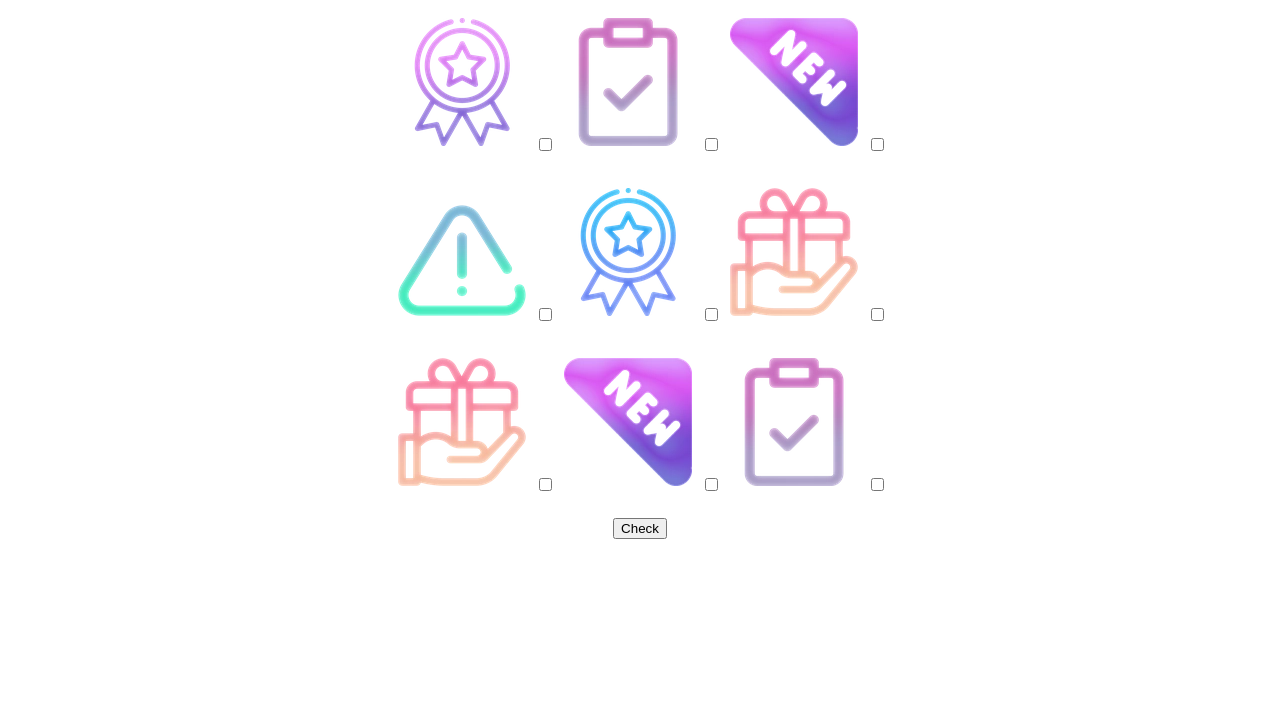
Repository: vichubenzene/-MWin_ui
Page: main.html
The author's editor kept a copy of each file at every save. The page is drawn from the files as they stood at one save, then again after the next save.
The browser window is 1280 px wide. The pictures show the whole page.

Above is the page before, as saved 2022-10-10 16:29:51.

### main.html
<!DOCTYPE html>
<html>

<head>
    <style>
        .column {
            float: center;
            padding: 5px;
            min-width: "22vh";
            min-height: "22vh";
        }
        /* Clear floats after image containers */

        .row::after {
            content: "";
            float: center;
            clear: both;
            display: table;
        }
    </style>
</head>

<body>
    <div class="row" style=" text-align: center">
        <div class="column" style=" text-align: center">

            <img src="images/834538140450160661.png" id="i1" alt="Snow" style="padding: 5px">
            <input type="checkbox" id="myCheckbox1" />
            <img src="images/834541394987057242.png" id="i2" alt="Snow" style="padding: 5px">
            <input type="checkbox" id="myCheckbox2" />
            <img src="images/834535415628562442 (1).png" id="i3" alt="Snow" style=" padding: 5px">
            <input type="checkbox" id="myCheckbox3" />
        </div>
    </div>
    <br>
    <div class="row" style=" text-align: center">
        <div class="column" style=" text-align: center">
            <img src="images/834541395074613248.png" id="i4" alt="Snow" style="padding: 5px">
            <input type="checkbox" id="myCheckbox4" />
            <img src="images/834541395930251336.png" id="i5" alt="Snow" style="padding: 5px">
            <input type="checkbox" id="myCheckbox5" />
            <img src="images/834541395749371916.png" id="i6" alt="Snow" style="padding: 5px">
            <input type="checkbox" id="myCheckbox6" />

        </div>
    </div>
    <br>
    <div class="row" style=" text-align: center">
        <div class="column" style=" text-align: center">
            <img src="images/834541395749371916.png" id="i7" alt="Snow" style="padding: 5px">
            <input type="checkbox" id="myCheckbox7" />
            <img src="images/834535415628562442 (1).png" id="i8" alt="Snow" style="padding: 5px">
            <input type="checkbox" id="myCheckbox8" />
            <img src="images/834541394987057242.png" id="i9" alt="Snow" style="padding: 5px">
            <input type="checkbox" id="myCheckbox9" />
        </div>
    </div>
    <br>
    <div style="text-align: center;">
        <button onclick="check()">Check</button>

    </div>
    <script>
        async function check() {
            console.log("cb.checked");
            var i1 = document.getElementById('i1');
            var i2 = document.getElementById('i2');
            var i3 = document.getElementById('i3');
            var i4 = document.getElementById('i4');
            var i5 = document.getElementById('i5');
            var i6 = document.getElementById('i6');
            var i7 = document.getElementById('i7');
            var i8 = document.getElementById('i8');
            var i9 = document.getElementById('i9');
            var c1 = document.getElementById('myCheckbox1');
            var c2 = document.getElementById('myCheckbox2');
            var c3 = document.getElementById('myCheckbox3');
            var c4 = document.getElementById('myCheckbox4');
            var c5 = document.getElementById('myCheckbox5');
            var c6 = document.getElementById('myCheckbox6');
            var c7 = document.getElementById('myCheckbox7');
            var c8 = document.getElementById('myCheckbox8');
            var c9 = document.getElementById('myCheckbox9');
            const source1 = ["834535415628562442 (1).png ", "834538140450160661.png", "834541394987057242.png", "834541395074613248.png", "834541395749371916.png", "834541395930251336.png"];
            if (c1.checked) {
                console.log("cb.checked");
                i1.src = 'images/834535415628562442 (1).png';
            }
        }
    </script>
</body>

</html>

After the next save:
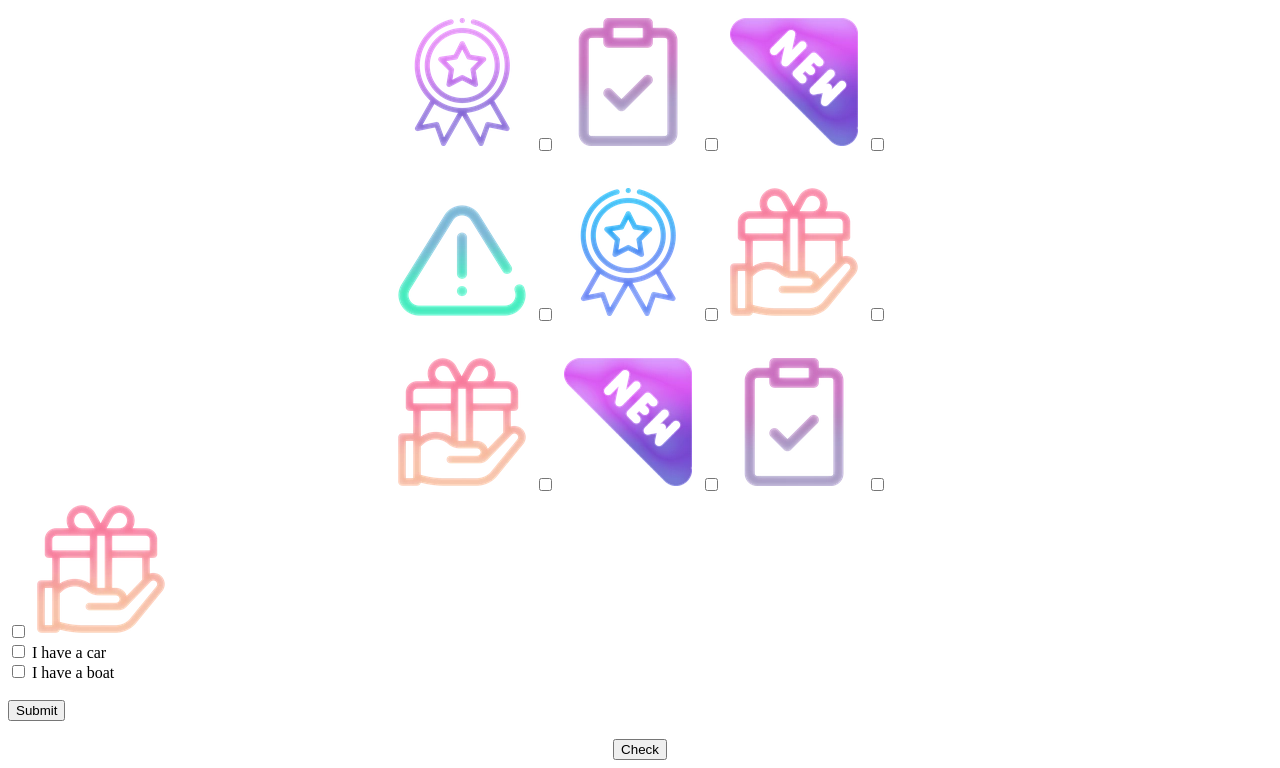
Saved 71 s later.
--- a/main.html
+++ b/main.html
@@ -55,6 +55,15 @@
             <input type="checkbox" id="myCheckbox9" />
         </div>
     </div>
+    <form action="/action_page.php">
+        <input type="checkbox" id="vehicle1" name="vehicle1" value="Bike">
+        <label for="vehicle1"> <img src="images/834541395749371916.png" id="i7" alt="Snow" style="padding: 5px"></label><br>
+        <input type="checkbox" id="vehicle2" name="vehicle2" value="Car">
+        <label for="vehicle2"> I have a car</label><br>
+        <input type="checkbox" id="vehicle3" name="vehicle3" value="Boat">
+        <label for="vehicle3"> I have a boat</label><br><br>
+        <input type="submit" value="Submit">
+    </form>
     <br>
     <div style="text-align: center;">
         <button onclick="check()">Check</button>

After the save that followed:
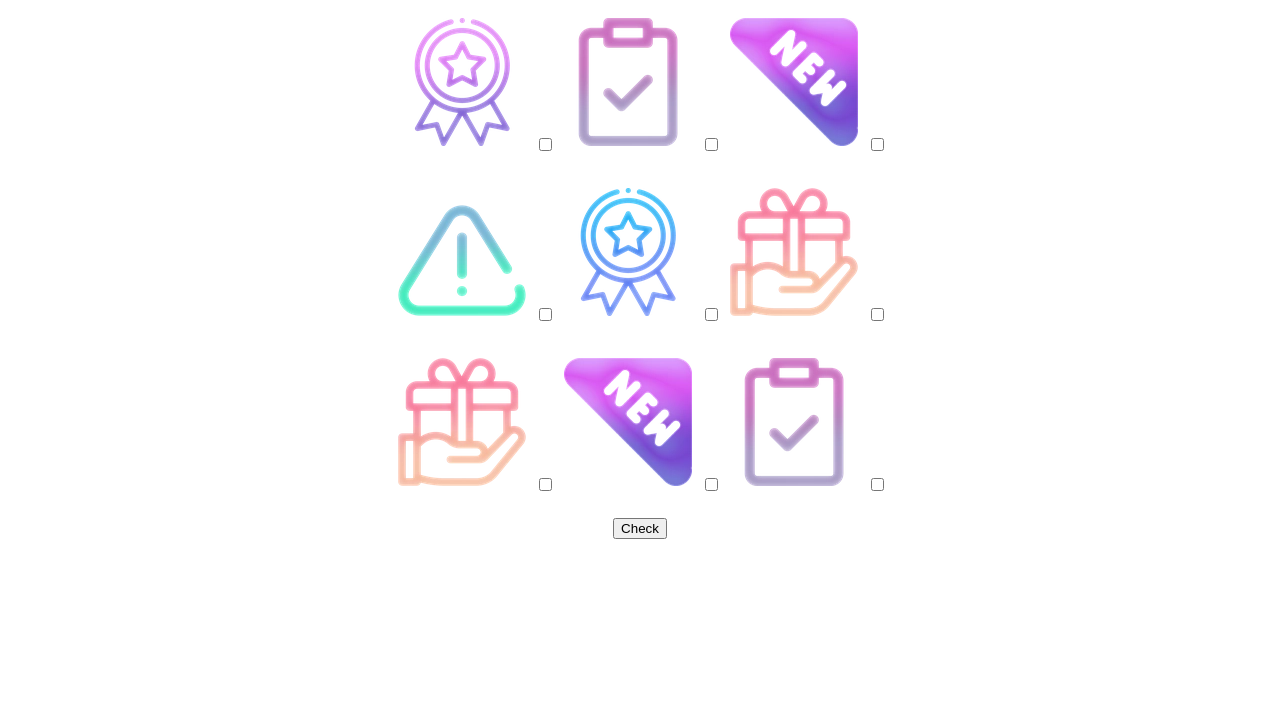
Saved 85 s later.
--- a/main.html
+++ b/main.html
@@ -55,15 +55,6 @@
             <input type="checkbox" id="myCheckbox9" />
         </div>
     </div>
-    <form action="/action_page.php">
-        <input type="checkbox" id="vehicle1" name="vehicle1" value="Bike">
-        <label for="vehicle1"> <img src="images/834541395749371916.png" id="i7" alt="Snow" style="padding: 5px"></label><br>
-        <input type="checkbox" id="vehicle2" name="vehicle2" value="Car">
-        <label for="vehicle2"> I have a car</label><br>
-        <input type="checkbox" id="vehicle3" name="vehicle3" value="Boat">
-        <label for="vehicle3"> I have a boat</label><br><br>
-        <input type="submit" value="Submit">
-    </form>
     <br>
     <div style="text-align: center;">
         <button onclick="check()">Check</button>
@@ -92,8 +83,7 @@
             var c9 = document.getElementById('myCheckbox9');
             const source1 = ["834535415628562442 (1).png ", "834538140450160661.png", "834541394987057242.png", "834541395074613248.png", "834541395749371916.png", "834541395930251336.png"];
             if (c1.checked) {
-                console.log("cb.checked");
-                i1.src = 'images/834535415628562442 (1).png';
+                i1.src = `images/{source1.random()}`;
             }
         }
     </script>
